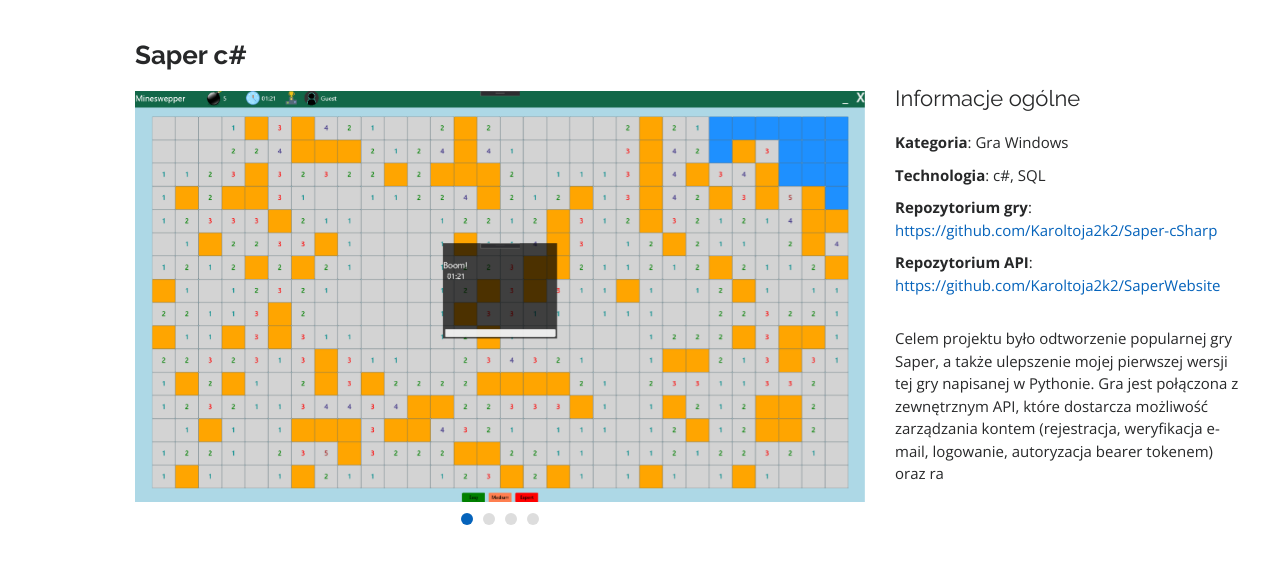
Repository: Karoltoja2k2/MyResume
Page: mineswepperC#-details.html
These files come from the project's save history. The page is drawn as it stood at one moment and after the next save; the edit follows.
The browser window is 1280 px wide. The pictures show the whole page.
Pictures or frames that could not be fetched are drawn as grey boxes.

Above is the page before, as saved 2020-06-21 14:53:10.

After the next save:
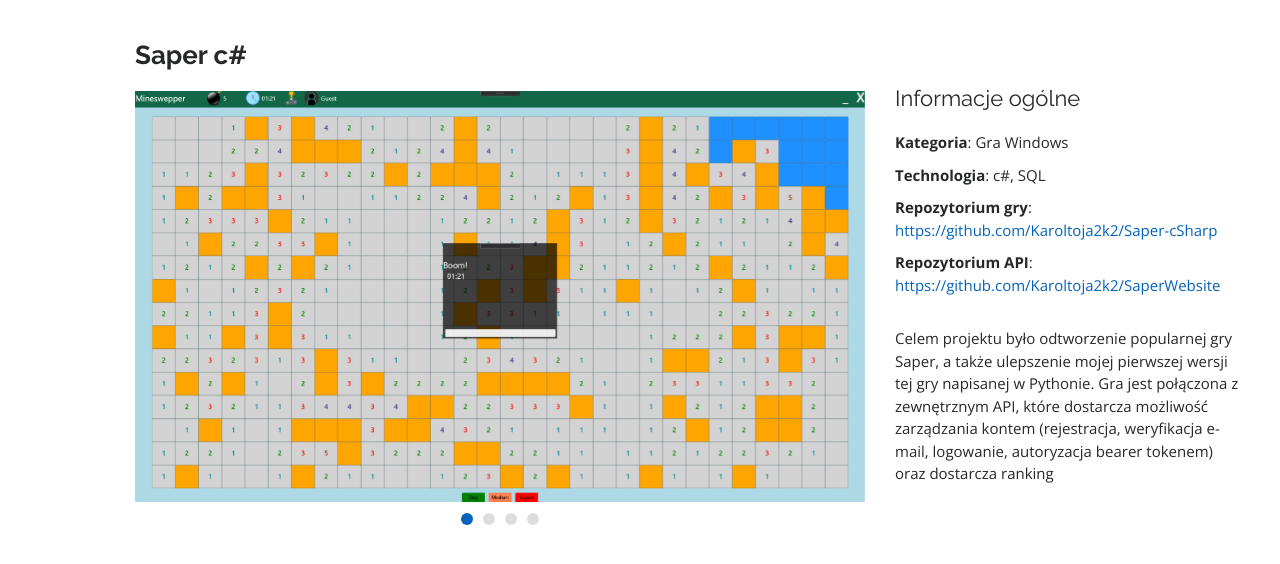
Saved 4 s later.
--- a/mineswepperC#-details.html
+++ b/mineswepperC#-details.html
@@ -69,7 +69,7 @@
             <p>
               Celem projektu było odtworzenie popularnej gry Saper, a także ulepszenie mojej pierwszej wersji tej gry napisanej w Pythonie.
               Gra jest połączona z zewnętrznym API, które dostarcza możliwość zarządzania kontem (rejestracja, weryfikacja e-mail, logowanie,
-              autoryzacja bearer tokenem) oraz ra
+              autoryzacja bearer tokenem) oraz dostarcza ranking
             </p>
           </div>
 
